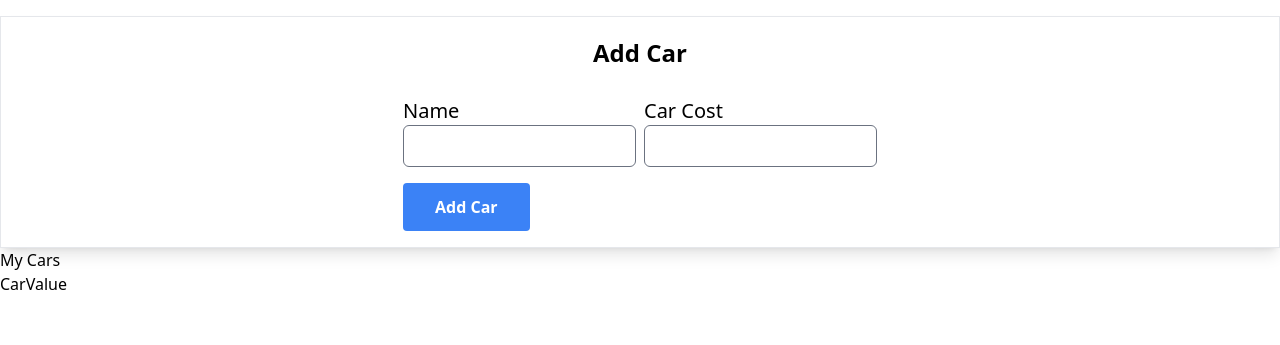
Repository: Marhamat92/carsappreduxtoolkit
Page: /
The author's editor kept a copy of each file at every save. The page is drawn from the files as they stood at one save, then again after the next save.
The browser window is 1280 px wide. The pictures show the whole page.
The project was rebuilt for these pictures with package versions that can differ from the ones it lists, and the page was loaded fresh each time.

Above is the page before, as saved 2023-01-23 23:57:00.

After the next save:
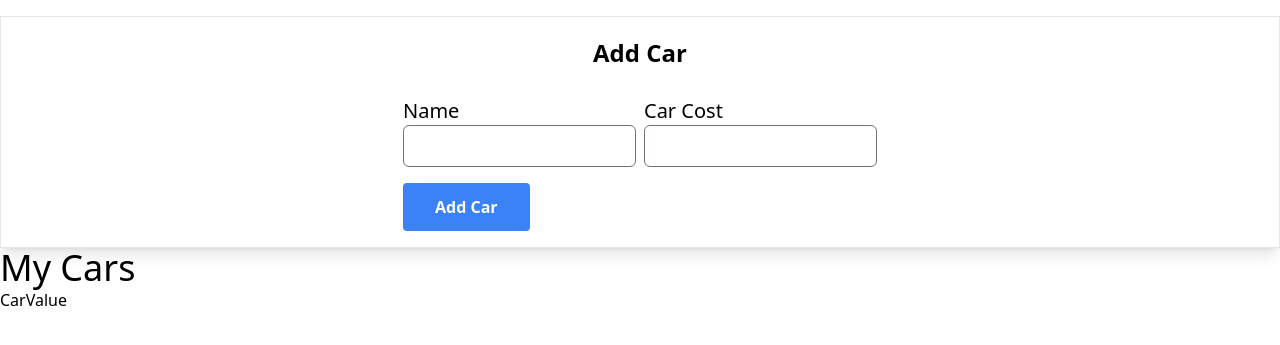
Saved 21 s later.
--- a/src/components/CarSearch.js
+++ b/src/components/CarSearch.js
@@ -4,7 +4,7 @@ function CarSearch() {
   return (
     <div>
       <div className='flex justify-between' >
-        <h1>My Cars</h1>
+        <h1 className='text-4xl' >My Cars</h1>
       </div>
     </div>
   )
